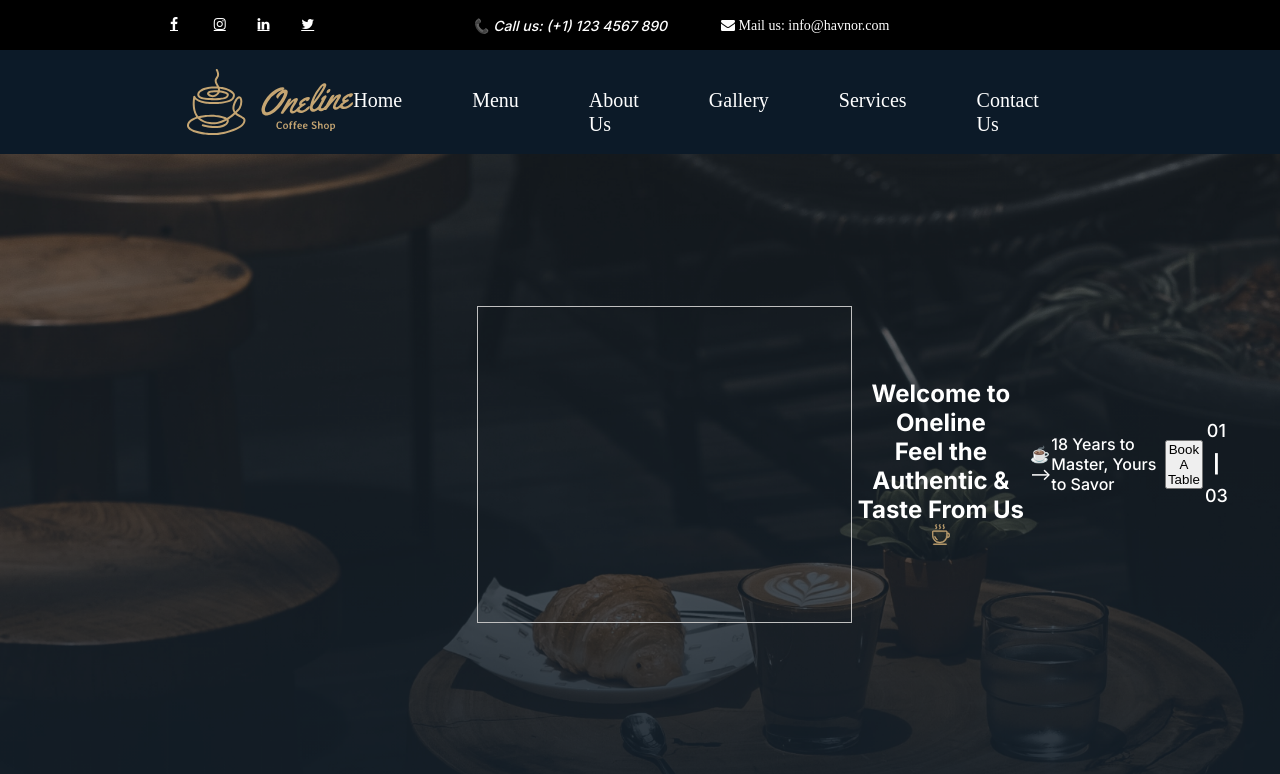
Repository: abhayzulasana/Online-Coffee-Shop
Page: index.html
These files come from the project's save history. The page is drawn as it stood at one moment and after the next save; the edit follows.
The browser window is 1280 px wide. The pictures show the whole page.

Above is the page before, as saved 2025-05-14 10:15:28.

After the next save:
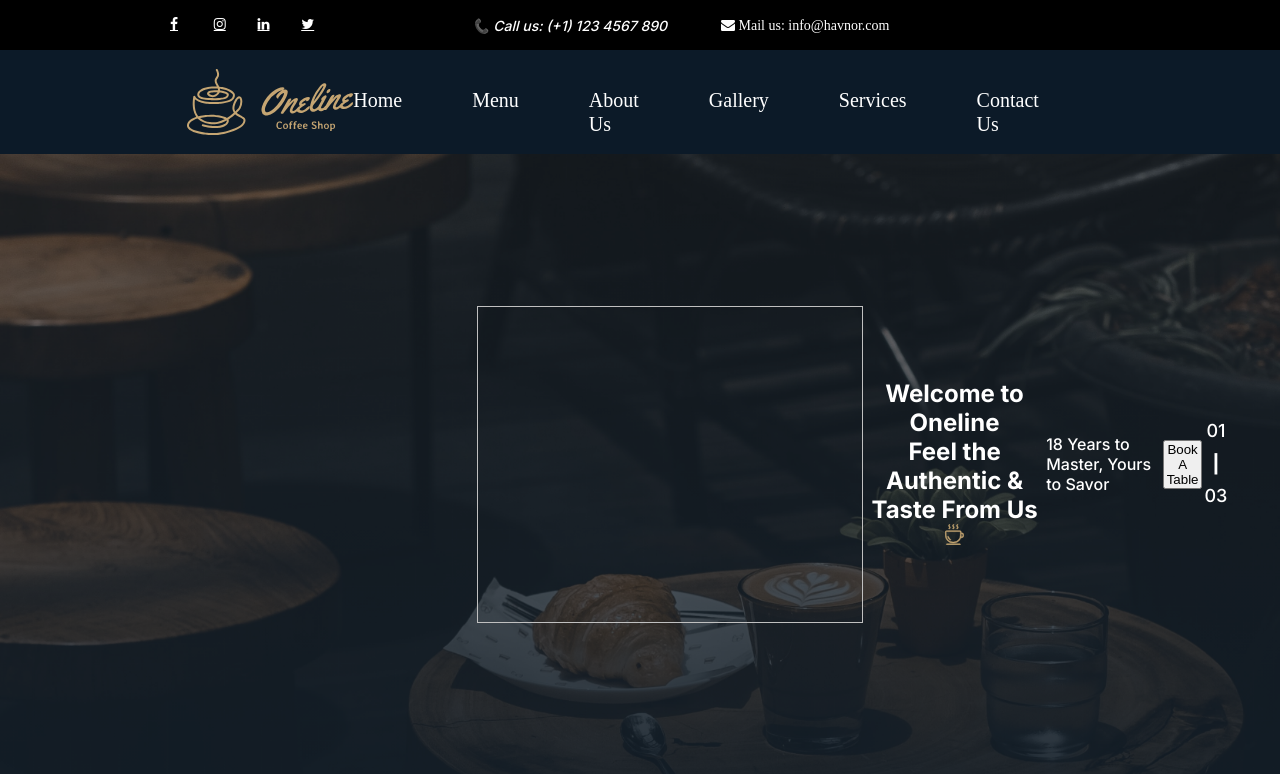
Saved 4 s later.
--- a/index.html
+++ b/index.html
@@ -48,7 +48,7 @@
   <center>
       <h2>Welcome to Oneline</h2>
       <h1>Feel the Authentic & Taste From Us</h1>
-      <img src="img/cafe.svg"> </center></img
+      <img src="img/cafe.svg"> </center></img>
 
       <!-- <div class="divider">☕</div> -->
       <p>18 Years to Master, Yours to Savor</p>
